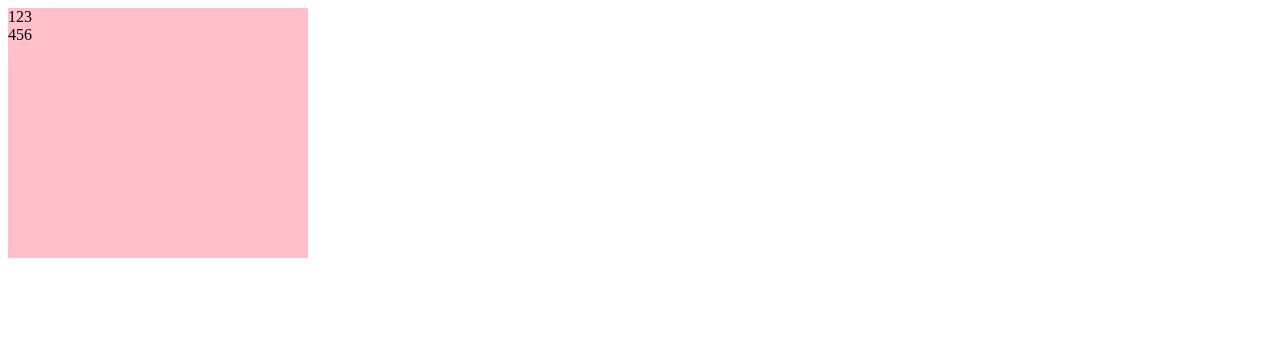
Repository: sangah-park98/jsp-class
Page: k20230508_1_css/src/main/webapp/20_박스모델10.html
An editor plug-in stored every save of this project. The page is shown before and after the next save, followed by the edit.
The browser window is 1280 px wide. The pictures show the whole page.

Above is the page before, as saved 2023-05-09 03:13:08.

### k20230508_1_css/src/main/webapp/20_박스모델10.html
<!DOCTYPE html>
<html>
<head>
<meta charset="UTF-8">
<title>박스 모델 - 투명도</title>
<style type="text/css">
	/*
		opacity: 요소의 투명도를 지정한다. 0부터 1사이의 실수값을 지정하며 기본값은 1이다.
			1.0 => 100% 불투명도, 완전 불투명
			0.5 => 50% 불투명도, 반투명
			0.0 => 100% 투명도, 완전 투명

	*/
	.parent{
		width: 300px;
		height: 250px;
		background-color: pink;
	}
</style>
</head>
<body>

<div class="parent">
	<div class="child">123</div>
	<div class="child">456</div>
</div>

</body>
</html>

After the next save:
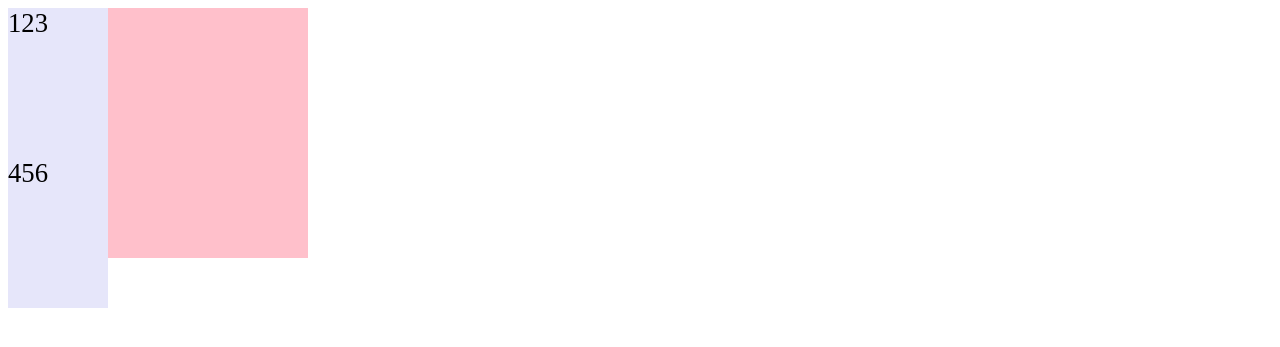
Saved 80 s later.
--- a/k20230508_1_css/src/main/webapp/20_박스모델10.html
+++ b/k20230508_1_css/src/main/webapp/20_박스모델10.html
@@ -16,6 +16,14 @@
 		height: 250px;
 		background-color: pink;
 	}
+
+	.child {
+		width: 100px;
+		height: 150px;
+		background-color: lavender;
+		font-size: 20pt;
+
+	}
 </style>
 </head>
 <body>
